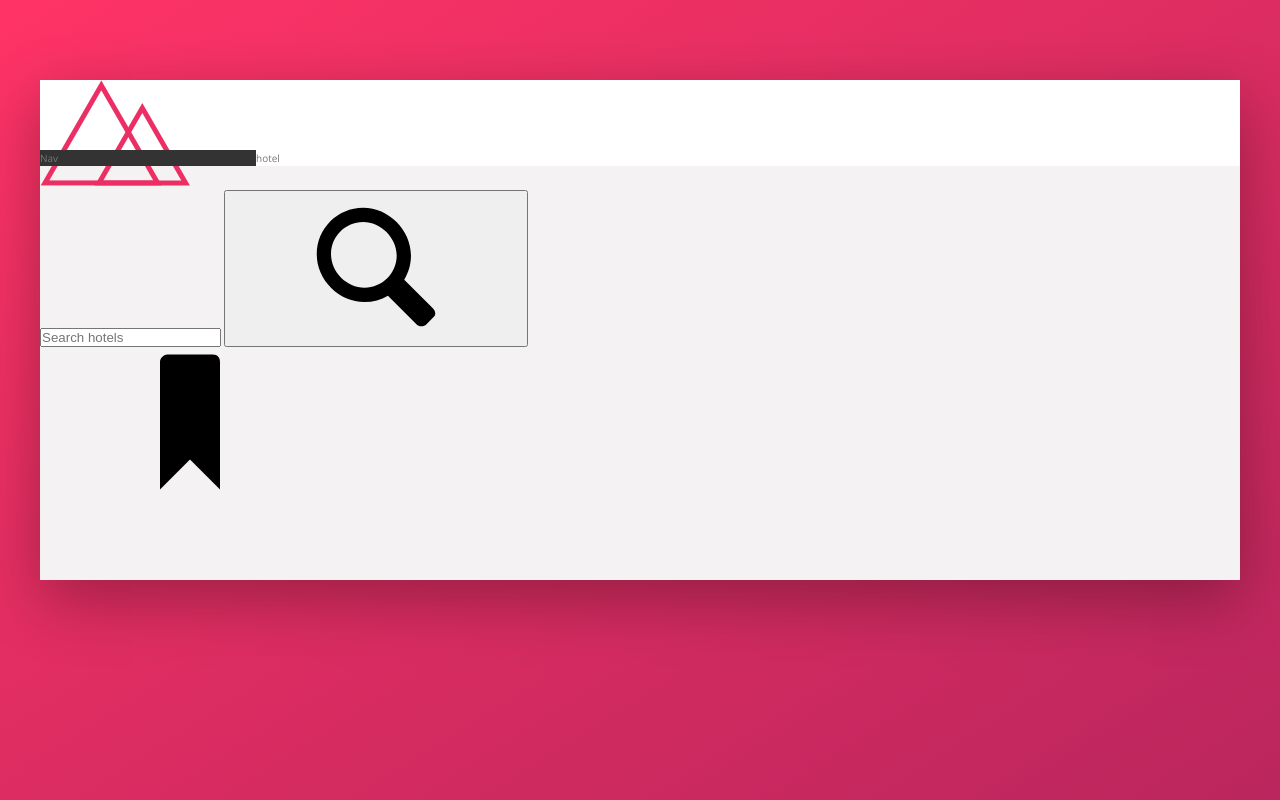
Repository: mohamediyas/flex_website
Page: index.html
An editor plug-in stored every save of this project. The page is shown before and after the next save, followed by the edit.
The browser window is 1280 px wide. The pictures show the whole page.
The style sheet was rebuilt from its Sass, Less or Tailwind sources for each picture, by a compiler version that may differ from the author's.

Above is the page before, as saved 2022-07-31 13:44:09.

### index.html
<!DOCTYPE html>
<html lang="en">
  <head>
    <meta charset="UTF-8" />
    <meta name="viewport" content="width=device-width, initial-scale=1.0" />
    <meta http-equiv="X-UA-Compatible" content="ie=edge" />

    <link
      href="https://fonts.googleapis.com/css?family=Open+Sans:300,400,600"
      rel="stylesheet"
    />
    <link rel="stylesheet" href="css/style.css" />
    <link rel="shortcut icon" type="image/png" href="img/favicon.png" />

    <title>nexter &mdash; your home, your freedom</title>
  </head>
  <body>
    <div class="container">
      <header class="header">
        <img src="img/logo.png" alt="trilio logo" class="logo" />
        <form action="#" class="search">
          <input
            type="text"
            class="search__input"
            placeholder="Search hotels"
          />
          <button class="search__button">
            <svg class="search__icon">
              <use xlink:href="img/sprite.svg#icon-magnifying-glass"></use>
            </svg>
          </button>
        </form>

        <nav class="user-nav">
          <div class="user-nav__icon-box">
            <svg class="user-nav__icon">
              <use xlink:href="img/sprite.svg#icon-bookmark"></use>
            </svg>
          </div>
        </nav>
      </header>
      <div class="content">
        <nav class="sidebar">Nav</nav>
        <main class="hotel">hotel</main>
      </div>
    </div>
  </body>
</html>

### sass/_base.scss
// COLOR VARIABLES

:root {
  --color-primary: #eb2f64;
  --color-primary-light: #ff3366;
  --color-primary-dark: #ba265d;

  --color-grey-light-1: #faf9f9;
  --color-grey-light-2: #f4f2f2;
  --color-grey-light-3: #f0eeee;
  --color-grey-light-4: #ccc;

  --color-grey-dark-1: #333;
  --color-grey-dark-2: #777;
  --color-grey-dark-3: #999;

  --shadow-dark: 0 2rem 6rem rgba(0, 0, 0, 0.3);
  --shadow-light: 0 2rem 5rem rgba(0, 0, 0, 0.06);

  --line: 1px solid var(--color-grey-light-2);
}

* {
  margin: 0;
  padding: 0;
}

*,
*::after,
*::before {
  box-sizing: inherit;
}

html {
  box-sizing: border-box;
  font-size: 62.5%;
}

body {
  background-image: linear-gradient(
    to right bottom,
    var(--color-primary-light),
    var(--color-primary-dark)
  );
  font-family: "Open Sans", sans-serif;
  font-weight: 400;
  line-height: 1.6;
  background-size: cover;
  background-repeat: no-repeat;
  min-height: 100vh;
  color: var(--color-grey-dark-2);
}

### sass/_layout.scss
.container {
  max-width: 120rem;
  margin: 8rem auto;
  background-color: var(--color-grey-light-2);
  box-shadow: var(--shadow-dark);
  min-height: 50rem;
}

.header {
  height: 7rem;
  background-color: #fff;
  border-bottom: var(--color-grey-light-2);
}

.content {
  display: flex;
}

.sidebar {
  background-color: var(--color-grey-dark-1);
  flex: 0 0 18%;
}

.hotel {
  background-color: #fff;
  flex: 1;
}

Loaded but not shown: sass/main.scss (common file); sass/_components.scss (no stored copy; drawn as an empty file)

After the next save:
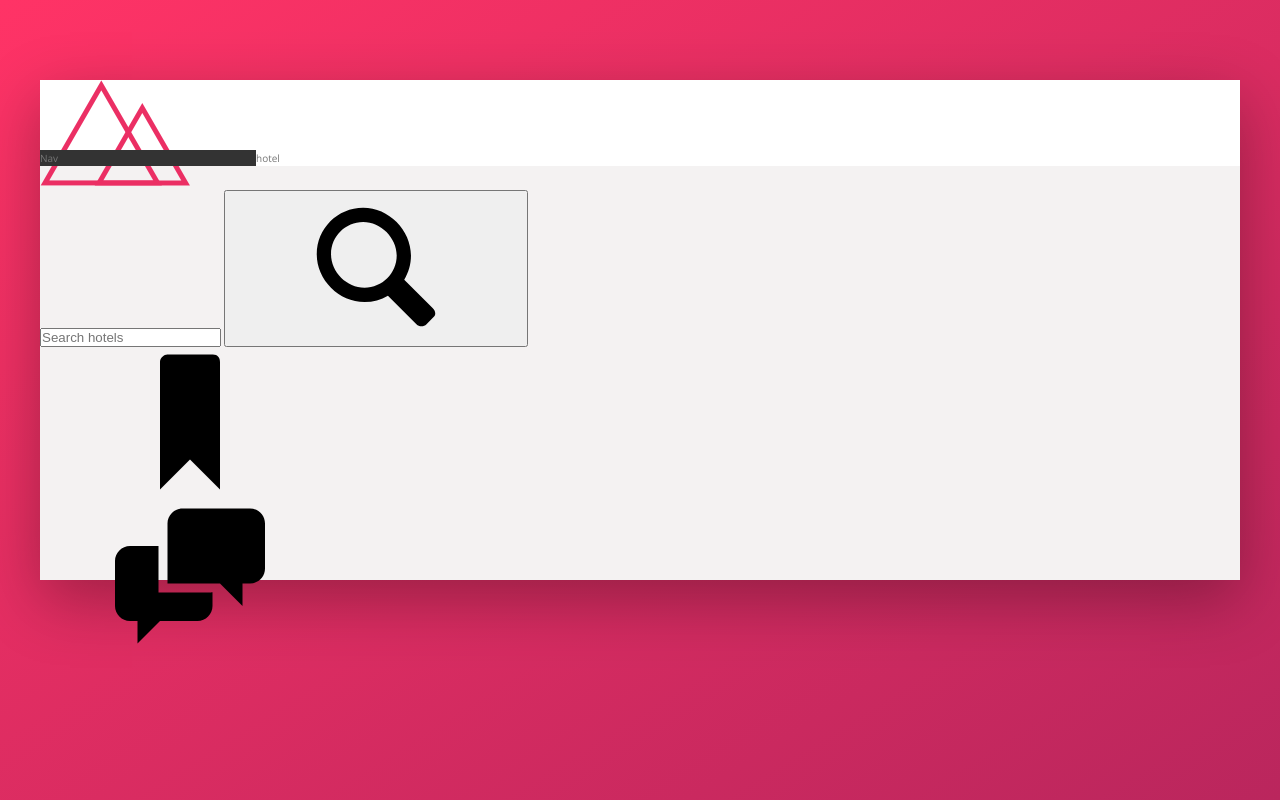
Saved 25 s later.
--- a/index.html
+++ b/index.html
@@ -37,6 +37,11 @@
               <use xlink:href="img/sprite.svg#icon-bookmark"></use>
             </svg>
           </div>
+          <div class="user-nav__icon-box">
+            <svg class="user-nav__icon">
+              <use xlink:href="img/sprite.svg#icon-chat"></use>
+            </svg>
+          </div>
         </nav>
       </header>
       <div class="content">
